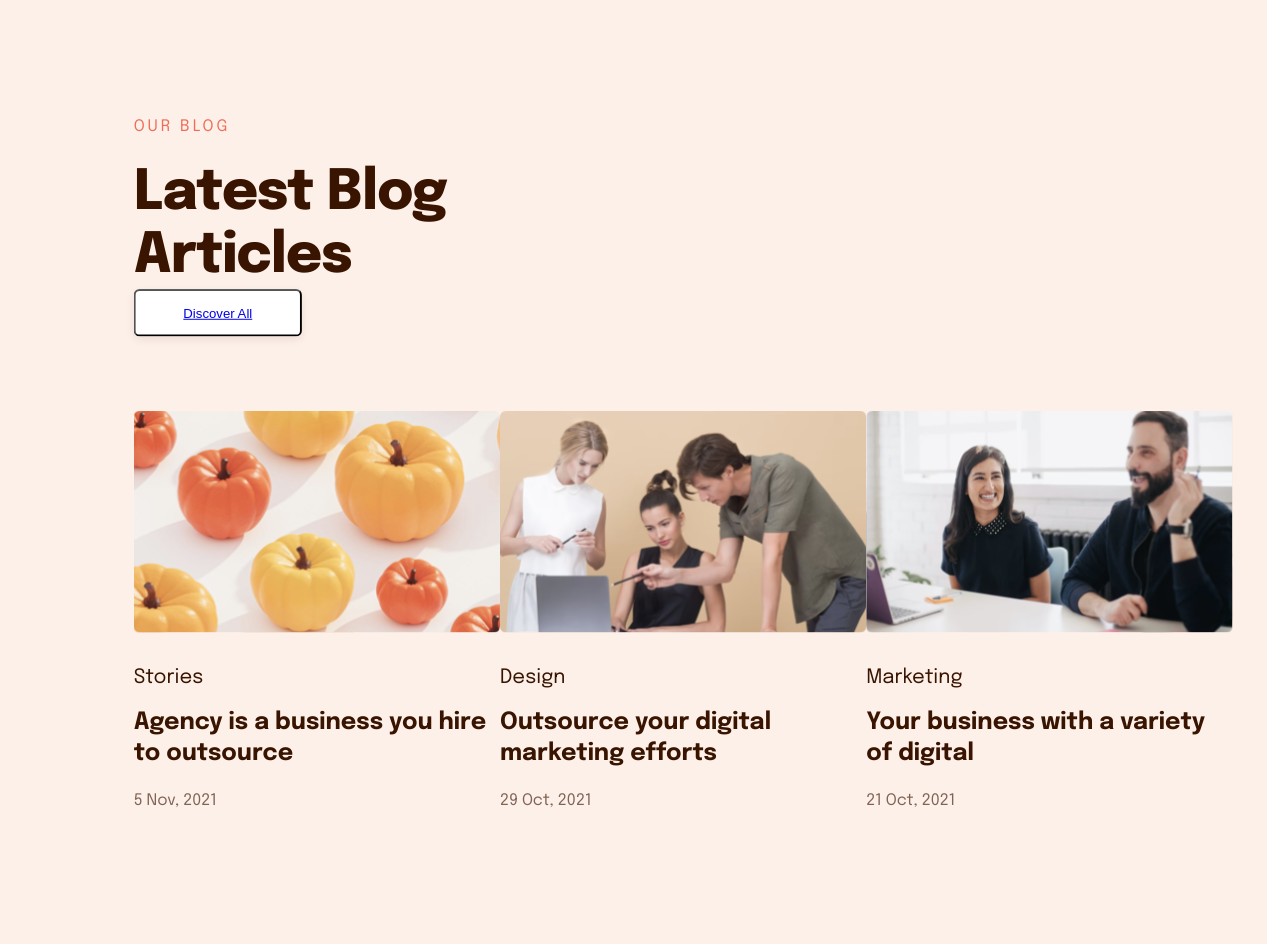
Repository: qafqazly123/websayt-1
Page: blogPage/index.html
The author's editor kept a copy of each file at every save. The page is drawn from the files as they stood at one save, then again after the next save.
The browser window is 1280 px wide. The pictures show the whole page, at 99% of full size.

Above is the page before, as saved 2023-12-19 15:19:30.

After the next save:
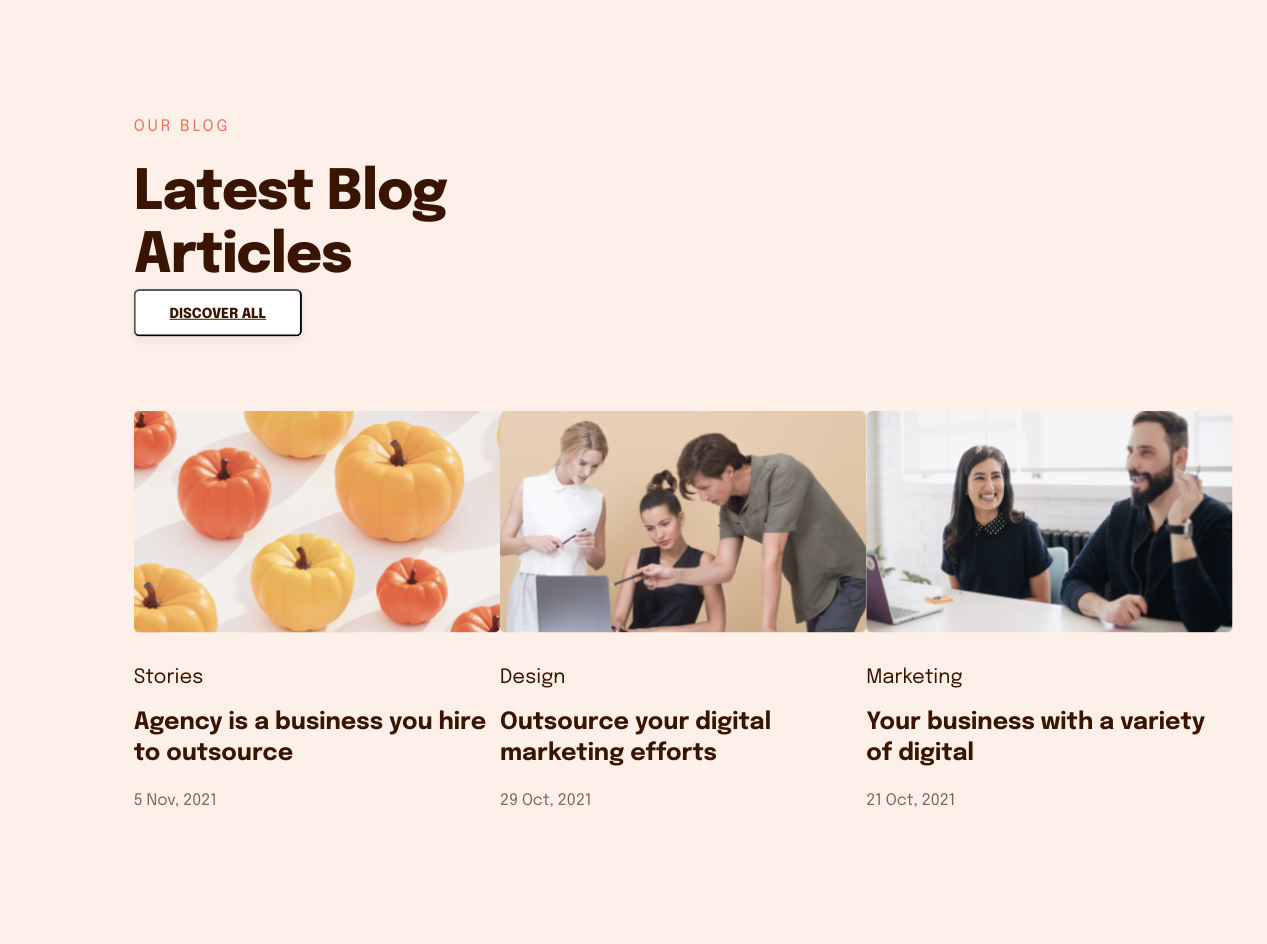
Saved 5 s later.
--- a/blogPage/index.css
+++ b/blogPage/index.css
@@ -89,4 +89,14 @@
 background: #FFF;
 box-shadow: 0px 3px 9px 0px rgba(57, 20, 0, 0.08);
 }
-b
+button a{
+    color: #391400;
+text-align: center;
+font-family: Epilogue;
+font-size: 14px;
+font-style: normal;
+font-weight: 900;
+line-height: normal;
+text-transform: uppercase;
+tex
+}
